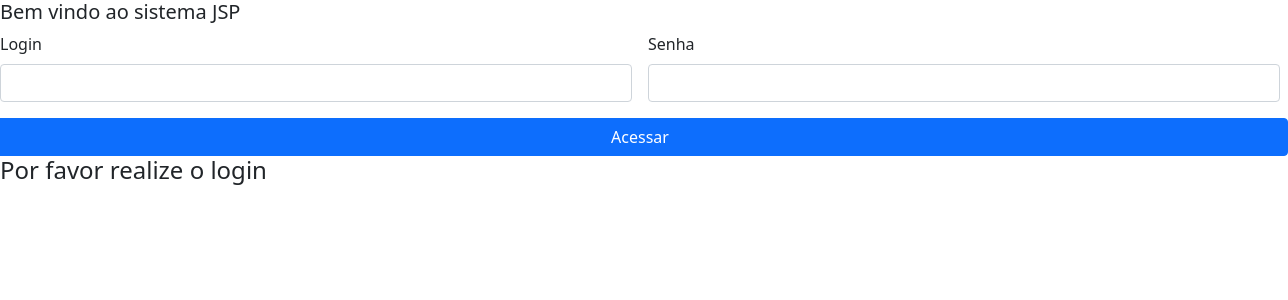
Repository: EduCarmo/PROJETO_JAVA-JSP_JDBC_SQL_JAVA
Page: http://localhost/curso-jsp/principal/cadastrousuario.jsp
These files come from the project's save history. The page is drawn as it stood at one moment and after the next save; the edit follows.
The browser window is 1280 px wide. The page is 1288 px wide, so the pictures cover 1288 px, including what lies to the right of the window. The pictures show the whole page.
The page is served by Tomcat 10.

Above is the page before, as saved 2024-03-13 22:14:35.

After the next save:
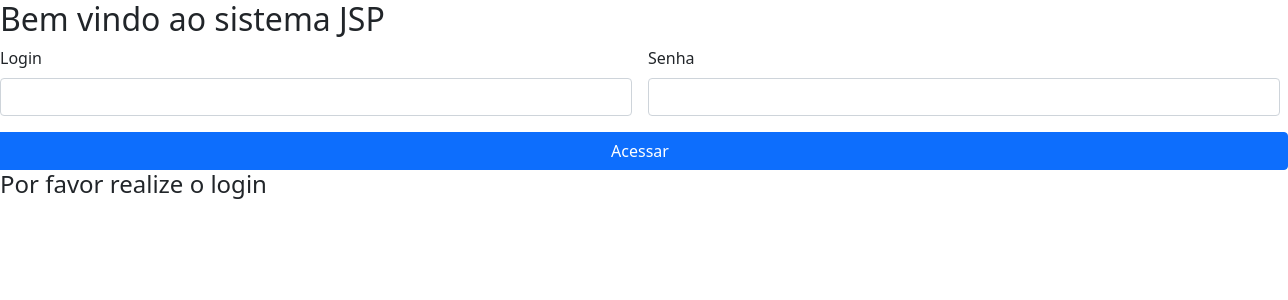
Saved 116 s later.
--- a/curso-jsp/src/main/webapp/index.jsp
+++ b/curso-jsp/src/main/webapp/index.jsp
@@ -19,7 +19,7 @@
 </head>
 <body>
 
-	<h5>Bem vindo ao sistema JSP</h1>
+	<h2>Bem vindo ao sistema JSP</h2>
 
 	<form action="ServletLogin" method="post" class="row g-3">
 
